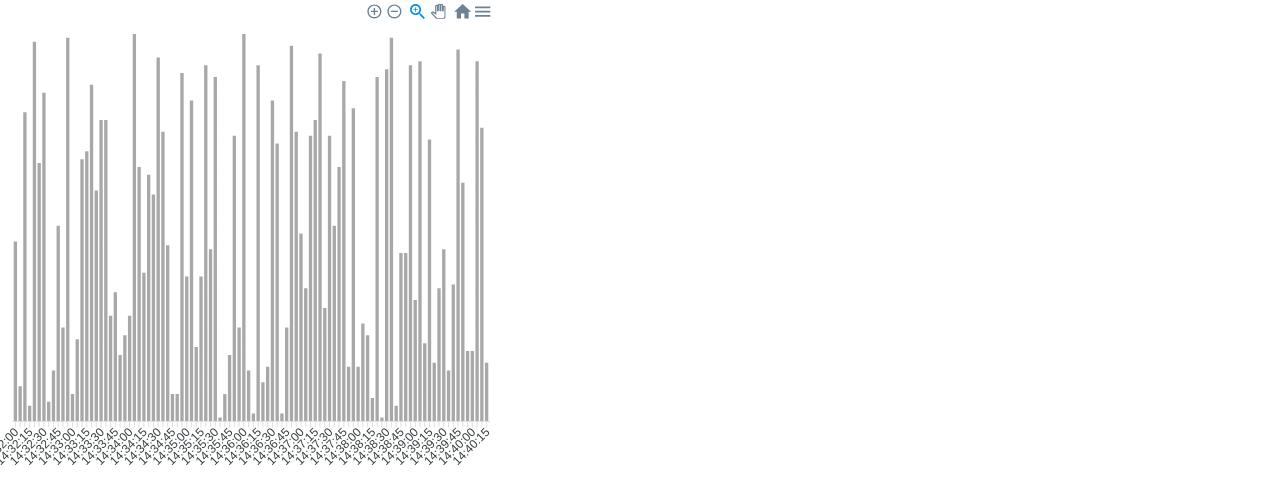
Repository: wanted-pre-onboarding-internship-1team/pre-onboarding-9th-3-1
Page: /
An editor plug-in stored every save of this project. The page is shown before and after the next save, followed by the edit.
The browser window is 1280 px wide. The pictures show the whole page.
The project was rebuilt for these pictures with package versions that can differ from the ones it lists, and the page was loaded fresh each time.

Above is the page before, as saved 2023-03-14 23:38:43.

After the next save:
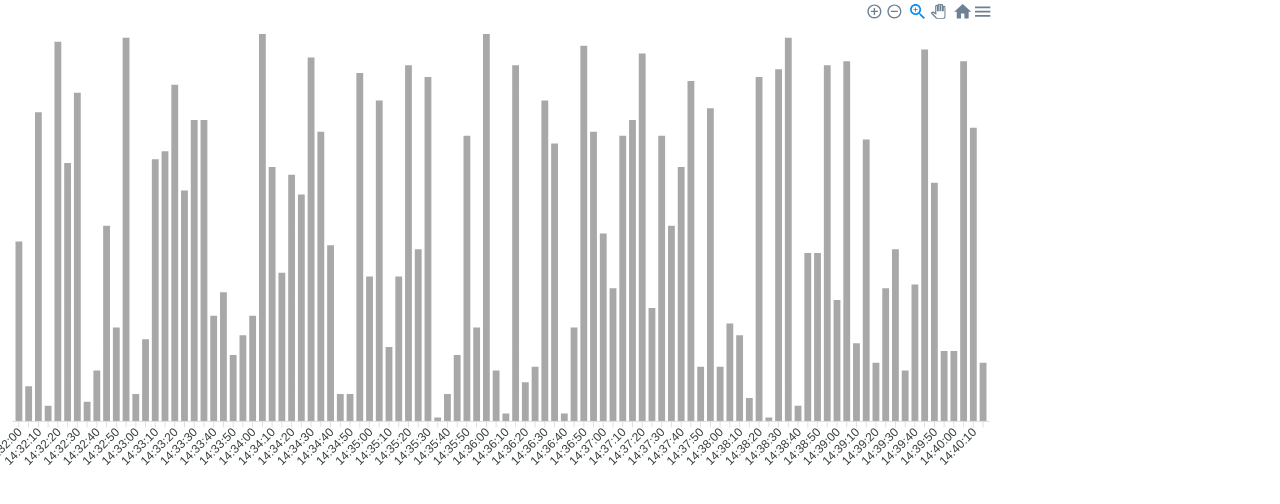
Saved 8 s later.
--- a/src/pages/Mainpage.tsx
+++ b/src/pages/Mainpage.tsx
@@ -12,7 +12,7 @@ export default function Mainpage() {
     <div>
       <ApexCharts
         height='500'
-        width='500'
+        width='1000'
         series={[
           {
             name: 'TEAM A',
